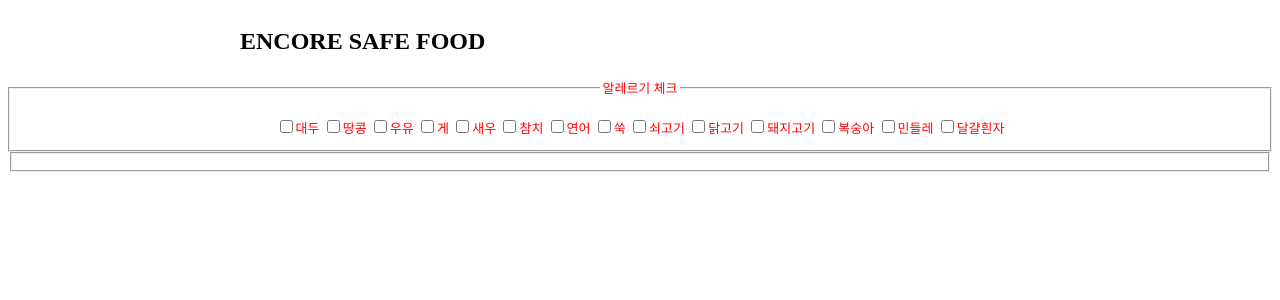
Repository: Migorithm/front_work
Page: front09_VUE/src/main/webapp/03_event/vue05_safeFood(computed).html
These files come from the project's save history. The page is drawn as it stood at one moment and after the next save; the edit follows.
The browser window is 1280 px wide. The pictures show the whole page.

Above is the page before, as saved 2021-09-10 02:42:36.

### front09_VUE/src/main/webapp/03_event/vue05_safeFood(computed).html
<!DOCTYPE html>
<html>
<head>
<meta charset="UTF-8">
<title>Insert title here</title>
<script src="https://cdn.jsdelivr.net/npm/vue/dist/vue.js"></script>
<style type="text/css">
	#second>h2{width:800px;height:30px;margin:0 auto; padding:20px;}
	#checkboxArea1 {width:800;height:30px;margin:0 auto; padding:20px; text-align: center; font-size: 13px}
	#checkboxArea1 {width:800;height:30px;margin:0 auto; padding:20px; text-align: center;  font-size: 13px; color:red;}

</style>

</head>
<body>
	<div id="second">
		<h2>ENCORE SAFE FOOD</h2>
	</div>
	<div id="app">
		<fieldset id="checkboxArea1">
			<legend>알레르기 체크</legend>
			<input type="checkbox" name="box" value="대두" v-model="alergen"><label>대두</label>
			<input type="checkbox" name="box" value="땅콩" v-model="alergen"><label>땅콩</label>
			<input type="checkbox" name="box" value="우유" v-model="alergen"><label>우유</label>
			<input type="checkbox" name="box" value="게" v-model="alergen"><label>게</label>
			<input type="checkbox" name="box" value="새우" v-model="alergen"><label>새우</label>
			<input type="checkbox" name="box" value="참치" v-model="alergen"><label>참치</label>
			<input type="checkbox" name="box" value="연어" v-model="alergen"><label>연어</label>
			<input type="checkbox" name="box" value="쑥" v-model="alergen"><label>쑥</label>
			<input type="checkbox" name="box" value="쇠고기" v-model="alergen"><label>쇠고기</label>
			<input type="checkbox" name="box" value="닭고기" v-model="alergen"><label>닭고기</label>
			<input type="checkbox" name="box" value="돼지고기" v-model="alergen"><label>돼지고기</label>
			<input type="checkbox" name="box" value="복숭아" v-model="alergen"><label>복숭아</label>
			<input type="checkbox" name="box" value="민들레" v-model="alergen"><label>민들레</label>
			<input type="checkbox" name="box" value="달걀흰자" v-model="alergen"><label>달걀흰자</label>
		</fieldset>
		<fieldset id="checkboxArea2"> <!-- 위에서 체크된 부분이 아래에 출력되도록 할 것. -->

		</fieldset>
	</div>
	<script>
		var app = new Vue({

		})
	</script>
</body>
</html>

After the next save:
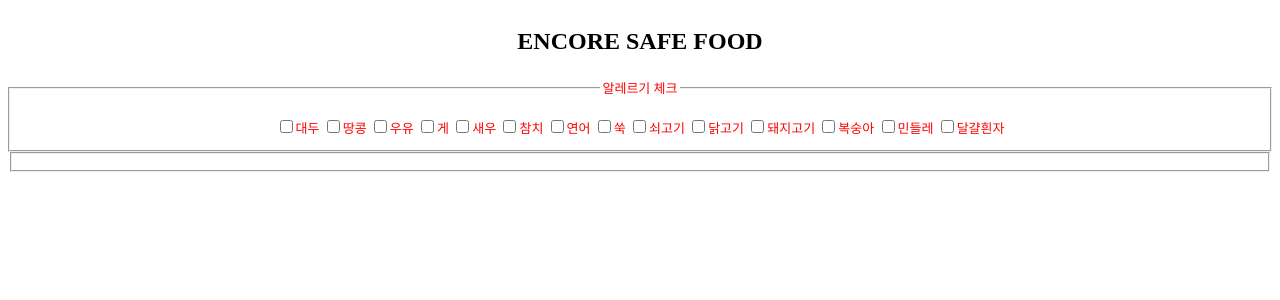
Saved 39 s later.
--- a/front09_VUE/src/main/webapp/03_event/vue05_safeFood(computed).html
+++ b/front09_VUE/src/main/webapp/03_event/vue05_safeFood(computed).html
@@ -5,7 +5,7 @@
 <title>Insert title here</title>
 <script src="https://cdn.jsdelivr.net/npm/vue/dist/vue.js"></script>
 <style type="text/css">
-	#second>h2{width:800px;height:30px;margin:0 auto; padding:20px;}
+	#second>h2{width:800px;height:30px;margin:0 auto; padding:20px;text-align: center;}
 	#checkboxArea1 {width:800;height:30px;margin:0 auto; padding:20px; text-align: center; font-size: 13px}
 	#checkboxArea1 {width:800;height:30px;margin:0 auto; padding:20px; text-align: center;  font-size: 13px; color:red;}
 
